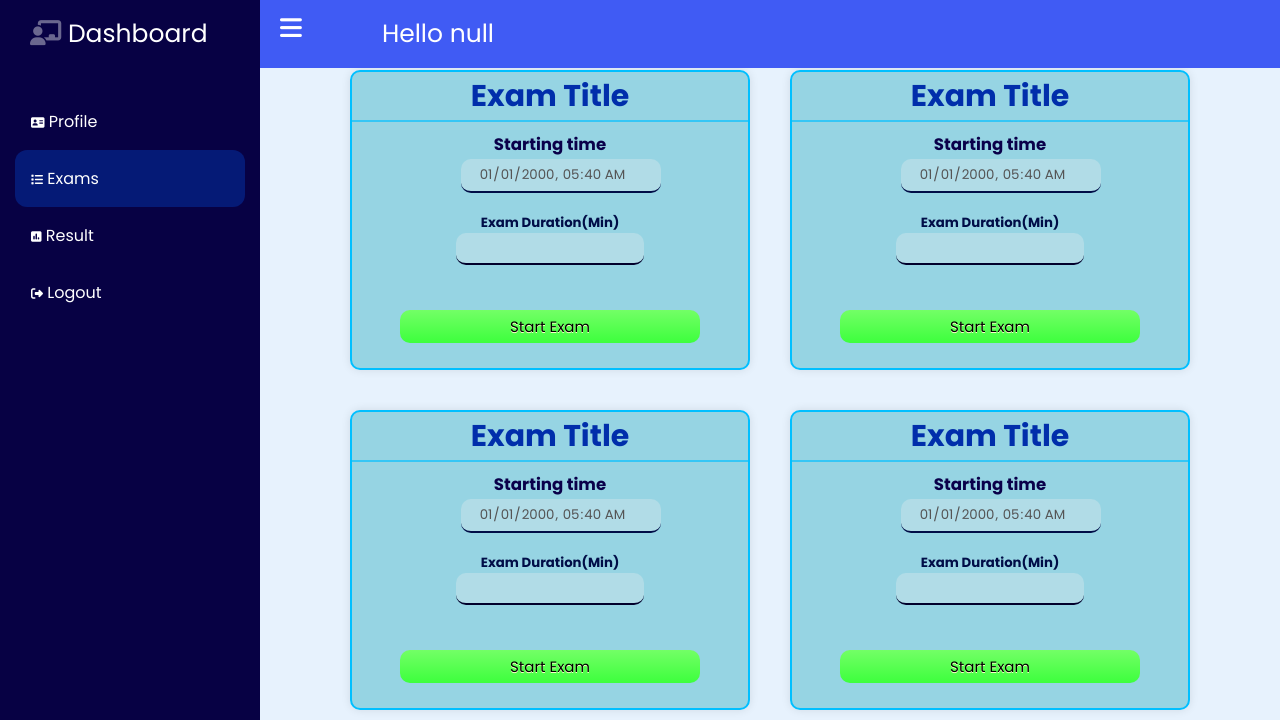
Repository: Buddhadip/ExamPortalApp_struts
Page: http://localhost/ExamWizard/WEB-INF/views/studentExams.jsp
These files come from the project's save history. The page is drawn as it stood at one moment and after a run of saves; the edit follows.
The browser window is 1280 px wide. The pictures show the whole page.
An inner scrolling area shows only its first screen. The page is served by Tomcat 9. Nobody is signed in. The template is opened directly, without the code that normally fills it, so the values that code supplies are empty.

Above is the page before, as saved 2023-07-19 09:48:20.

After the next 2 saves:
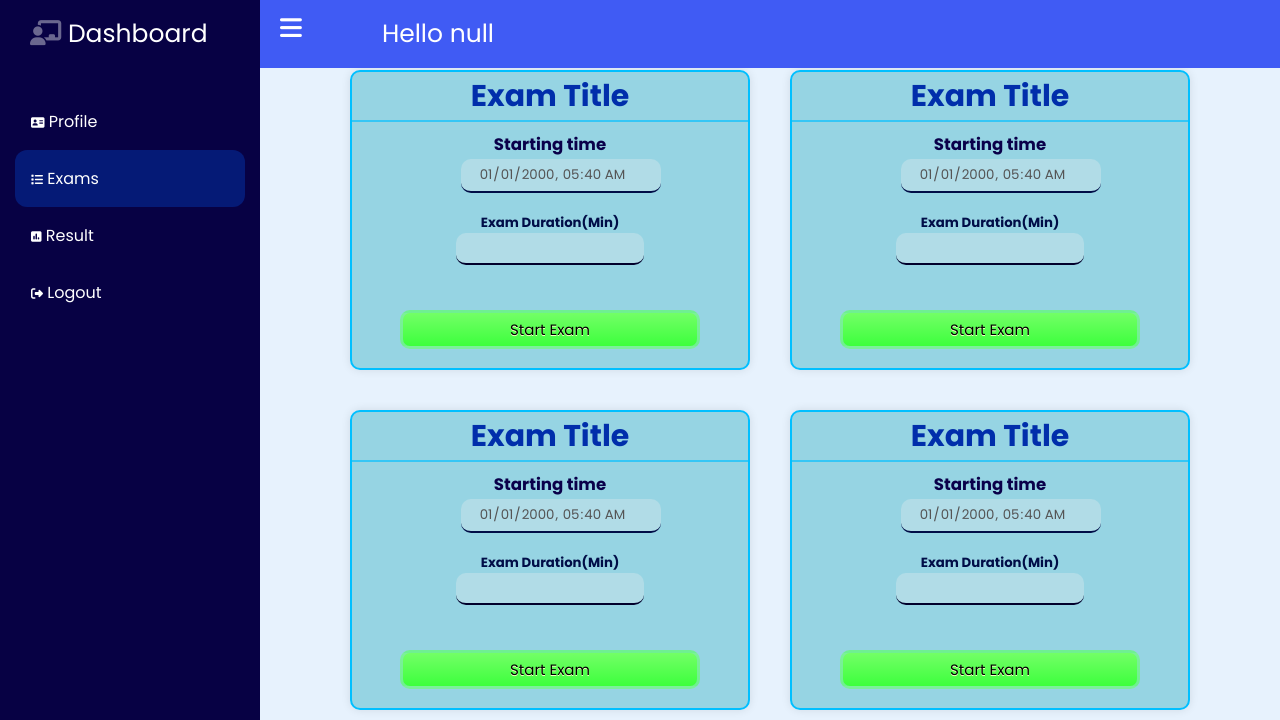
The 2 saves are shown as one change because they came seconds apart.
The last was saved 37 s later.
--- a/ExamWizard/src/main/webapp/public/styles/studentExams.css
+++ b/ExamWizard/src/main/webapp/public/styles/studentExams.css
@@ -112,6 +112,8 @@
   cursor: pointer;
   font-size: 15px;
   margin-top: 25px;
+  border: solid;
+  border-color: #7febadbf;
 }
 @-moz-keyframes yellow {
   0%, 100% {
